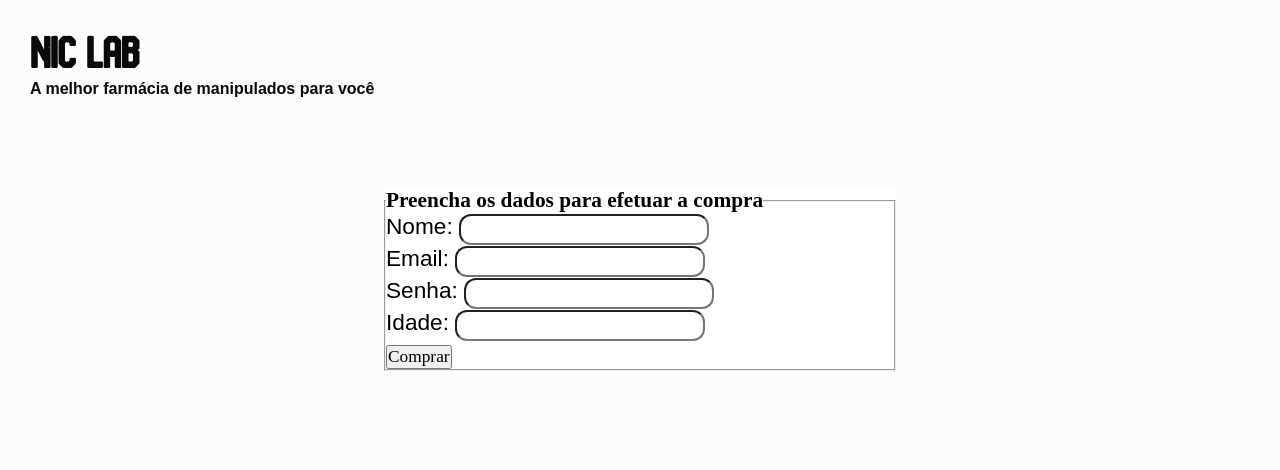
Repository: Leonngc/Lab
Page: comprar.html
The author's editor kept a copy of each file at every save. The page is drawn from the files as they stood at one save, then again after a run of saves.
The browser window is 1280 px wide. The pictures show the whole page.

Above is the page before, as saved 2022-12-30 12:31:48.

### comprar.html
<!DOCTYPE html>
<html lang="en">
<head>
    <meta charset="UTF-8">
    <meta http-equiv="X-UA-Compatible" content="IE=edge">
    <meta name="viewport" content="width=device-width, initial-scale=1.0">
    <title>Nic Lab</title>
    <link rel="stylesheet" href="styles/pag-compra.css">
</head>
<body>
    <header id="tit">
        <h1 id="main">NIC LAB</h1>
        <h4 id="sub">A melhor farmácia de manipulados para você</h4>
    </header>
 <div id="formu">

     <form>
         <fieldset>
            <legend><h4>Preencha os dados para efetuar a compra</h4></legend>
            <label for="nome">Nome: </label> <input id="nome" type="text" class="dados" required autocomplete="name" minlength="3"> <br>
            <label for="email">Email</label>: <input type="email" name="" id="email" class="dados" required autocomplete="email"> <br>
            <label for="senha">Senha:</label> <input type="password" name="" id="senha" class="dados" required> <br>
            <label for="idade">Idade:</label> <input type="number" name="idade" id="idade" class="dados" required minlength="5" maxlength="10"> <br>
            <input type="submit" value="Comprar" id="compra" onclick="comprar()">
         </fieldset>

     </form>
 </div>
<script src="compra.js"></script>
</body>
</html>

### styles/pag-compra.css
@font-face {
    font-family: Safety;
    src: url(../fonts/No\ Safety\ Zone.ttf);
}

*{
    margin: 0;
    padding: 0;
    box-sizing: border-box;
}

header#tit{
    margin-left: 30px;
    margin-top: 30px;
    color: #0a0a0a;


}
h1{
    font-family: Safety;
    font-size: 32pt ;
}
h4#sub{
    font-family:Arial, Helvetica, sans-serif;
    font-size: 12pt;
}
h2#tit2{
    text-align: center;
    font-family: cursive;
}
body{
    background-color: #fdfbfb;
}

div#formu{
    background-color: #ffffff;
    font-size: 17pt;
    font-family: Arial, Helvetica, sans-serif;
    text-align: justify;
    margin: auto;
    margin-top: 90px;
    width: 40%;
    border-radius: 5px;

}
legend{
    font-size: 16pt;
    font-family: cursive;
}
input#compra{
    font-family: fantasy;
    font-size: 13pt;
}
input#nome{
    text-transform: capitalize;
}

.dados{
    border-radius: 12px;
    width: 250px;
    padding: 6px;
}

### js/compra.js
function comprar(){
    let nome = document.getElementById('nome').value
    let idade = document.getElementById('idade').value
   if(idade < 18){
    alert('Infelizmente você não pode efetuar sua compra, pois você é menor de idade!')
   }else{
    window.location.href = "confirm.html"
    let res = document.getElementById('res')
    res.innerHTML = `${nome}, sua compra foi confirmada. agradecemos por confiar na <strong>Nic Lab</strong>`
}
}

After the next 6 saves:
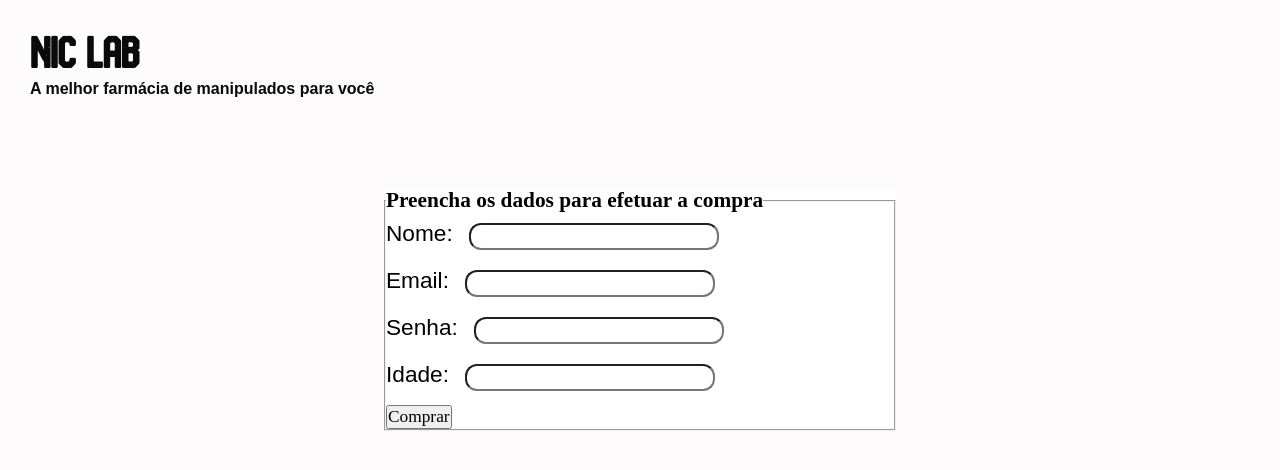
The 6 saves are shown as one change because they came seconds apart.
The last was saved 23 s later.
--- a/styles/pag-compra.css
+++ b/styles/pag-compra.css
@@ -58,5 +58,6 @@ input#nome{
 .dados{
     border-radius: 12px;
     width: 250px;
-    padding: 6px;
+    padding: 4px;
+    margin: 10px;
 }
